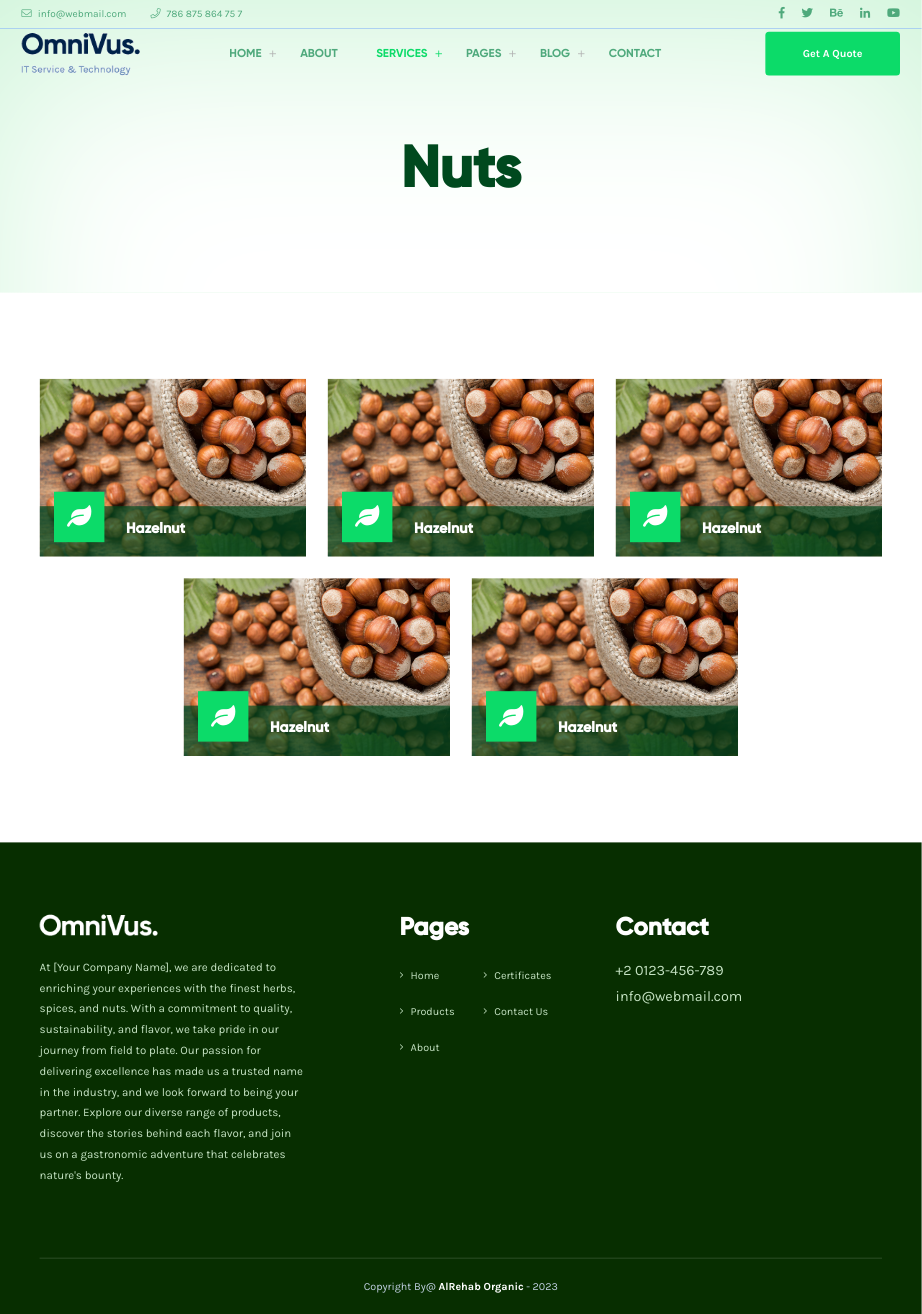
Repository: ziadmoh/alrehab-organic
Page: products.html
The author's editor kept a copy of each file at every save. The page is drawn from the files as they stood at one save, then again after the next save.
The browser window is 1280 px wide. The pictures show the whole page, at 72% of full size.
The style sheet was rebuilt from its Sass, Less or Tailwind sources for each picture, by a compiler version that may differ from the author's.

Above is the page before, as saved 2023-09-26 12:09:07.

After the next save:
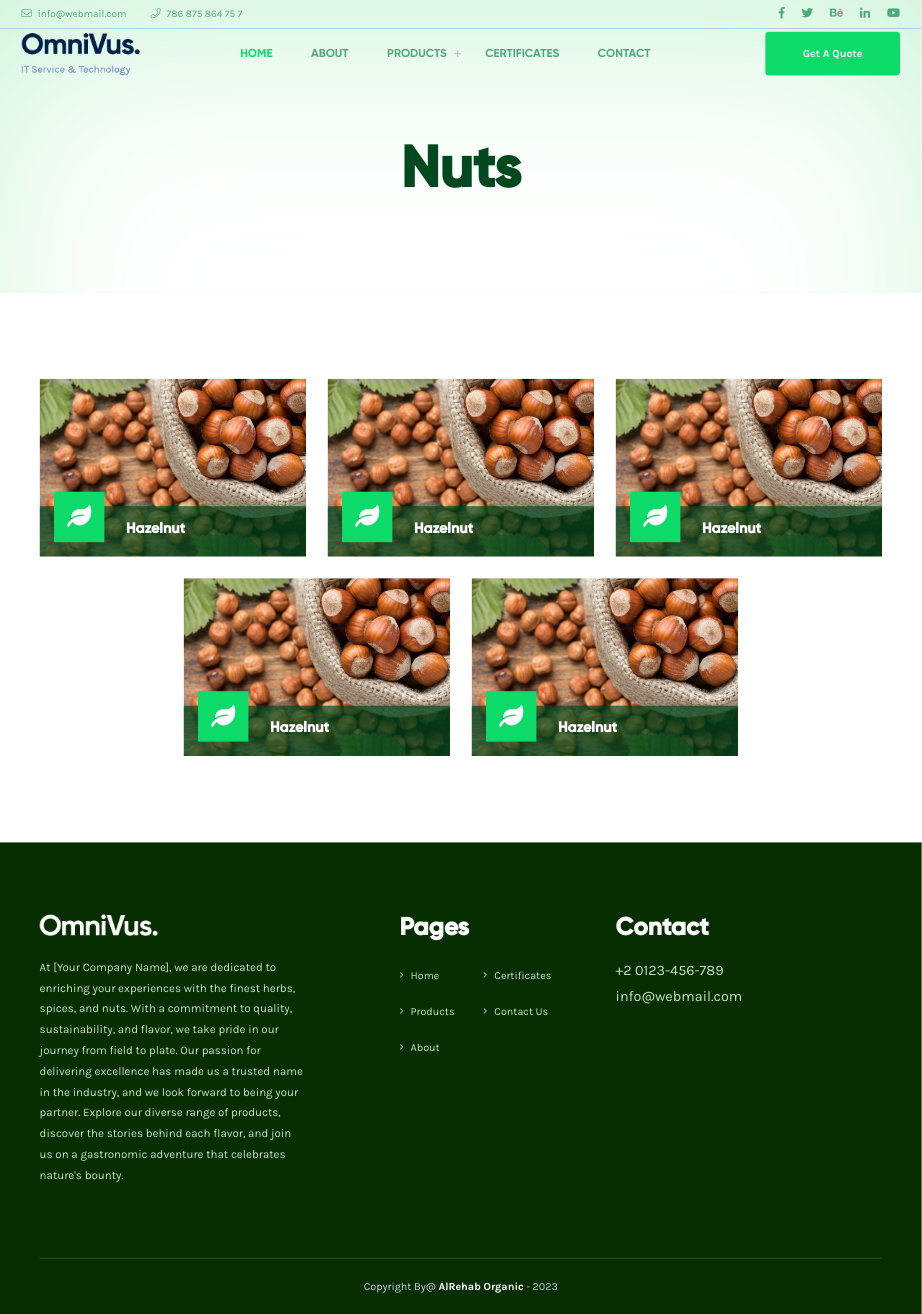
Saved 40 s later.
--- a/products.html
+++ b/products.html
@@ -72,63 +72,25 @@
                 </div>
                 <div class="site-nav-menu">
                     <ul class="primary-menu">
-                        <li>
-                            <a href="index.html">Home</a>
-                             <ul class="submenu">
-                                <li><a href="index.html">Home 1</a></li>
-                                <li><a href="index-2.html">Home 2</a></li>
-                                <li><a href="index-3.html">Home 3</a></li>
-                                <li><a href="index-4.html">Home 4</a></li>
-                                <li><a href="index-5.html">Home 5</a></li>
-                                <li><a href="index-6.html">Home 6</a></li>
-                                <li>
-                                    <a href="#">OnePage</a>
-                                    <ul class="submenu">
-                                        <li><a href="index-onepage.html">Home 1</a></li>
-                                        <li><a href="index-2-onepage.html">Home 2</a></li>
-                                        <li><a href="index-3-onepage.html">Home 3</a></li>
-                                        <li><a href="index-4-onepage.html">Home 4</a></li>
-                                        <li><a href="index-5-onepage.html">Home 5</a></li>
-                                        <li><a href="index-6-onepage.html">Home 6</a></li>
-                                    </ul>
-                                </li>
-                            </ul>
+                        <li class="current">
+                            <a class="nav-link" href="index-3.html">Home</a>
+
                         </li>
                         <li>
                             <a class="nav-link" href="about.html">About</a>
                         </li>
-                        <li class="current">
-                            <a href="#">Services</a>
+                        <li>
+                            <a href="#">Products</a>
                             <ul class="submenu">
-                                <li><a href="services.html">Services</a></li>
-                                <li><a href="services-details.html">Services Details</a></li>
-                            </ul>
-                        </li>
-                        <li>
-                            <a href="#">Pages</a>
-                            <ul class="submenu">
-                                <li><a href="case-study.html">case study</a></li>
-                                <li><a href="case-details.html">Case Details</a></li>
-                                <li><a href="coming-soon.html">coming soon</a></li>
-                                <li><a href="error.html">error</a></li>
-                                <li><a href="faq.html">faq</a></li>
-                                <li><a href="pricing.html">pricing</a></li>
-                                <li><a href="shop.html">shop</a></li>
-                                <li><a href="shop-details.html">shop Details</a></li>
-                                <li><a href="cart.html">Cart</a></li>
-                                <li><a href="checkout.html">Checkout</a></li>
-                                <li><a href="privacy.html">Privacy</a></li>
-                                <li><a href="team.html">team</a></li>
-                                <li><a href="team-details.html">team details</a></li>
-                            </ul>
-                        </li>
-                        <li>
-                            <a href="#">Blog</a>
-                            <ul class="submenu">
-                                <li><a href="blog-standard.html">Blog Standard</a></li>
-                                <li><a href="blog-grid.html">Blog Grid</a></li>
-                                <li><a href="blog-details.html">Blog Details</a></li>
-                            </ul>
+                                <li><a href="products.html">Nuts</a></li>
+                                <li><a href="products.html">Herbs</a></li>
+                                <li><a href="products.html">Spices</a></li>
+                                <!-- <li><a href="products-details.html">Services Details</a></li> -->
+                            </ul>
+                        </li>
+
+                        <li>
+                            <a class="nav-link" href="certificates.html">Certificates</a>
                         </li>
                         <li>
                             <a href="contact.html">Contact</a>
